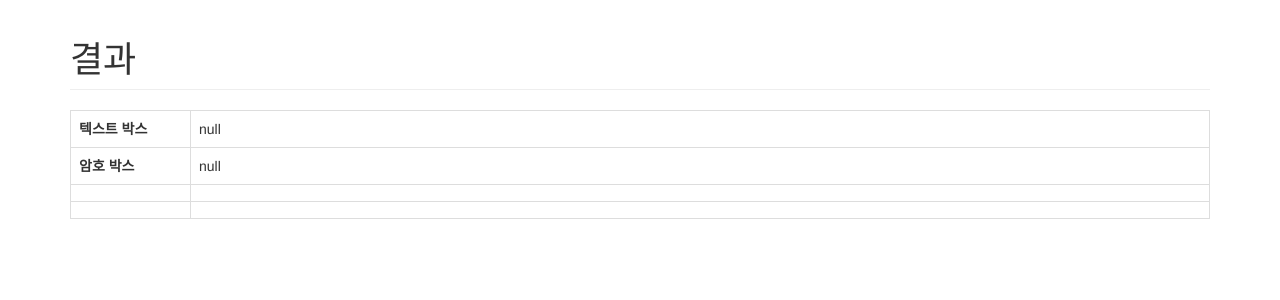
Repository: kimgyuseok/Server
Page: http://localhost/JSPTest/ex04ok.jsp
These files come from the project's save history. The page is drawn as it stood at one moment and after the next save; the edit follows.
The browser window is 1280 px wide. The pictures show the whole page.
The page is served by Tomcat 9.

Above is the page before, as saved 2022-01-06 05:08:35.

After the next save:
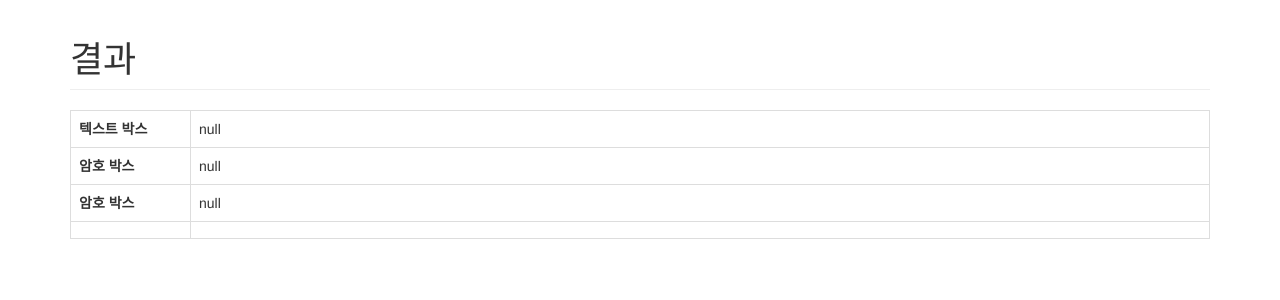
Saved 8 s later.
--- a/JSPTest/src/main/webapp/ex04ok.jsp
+++ b/JSPTest/src/main/webapp/ex04ok.jsp
@@ -36,8 +36,8 @@
 				<td><%= pw1 %></td>
 			</tr>
 			<tr>
-				<th></th>
-				<td></td>
+					<th>암호 박스</th>
+				<td><%= txt2 %></td>
 			</tr>
 			<tr>
 				<th></th>
